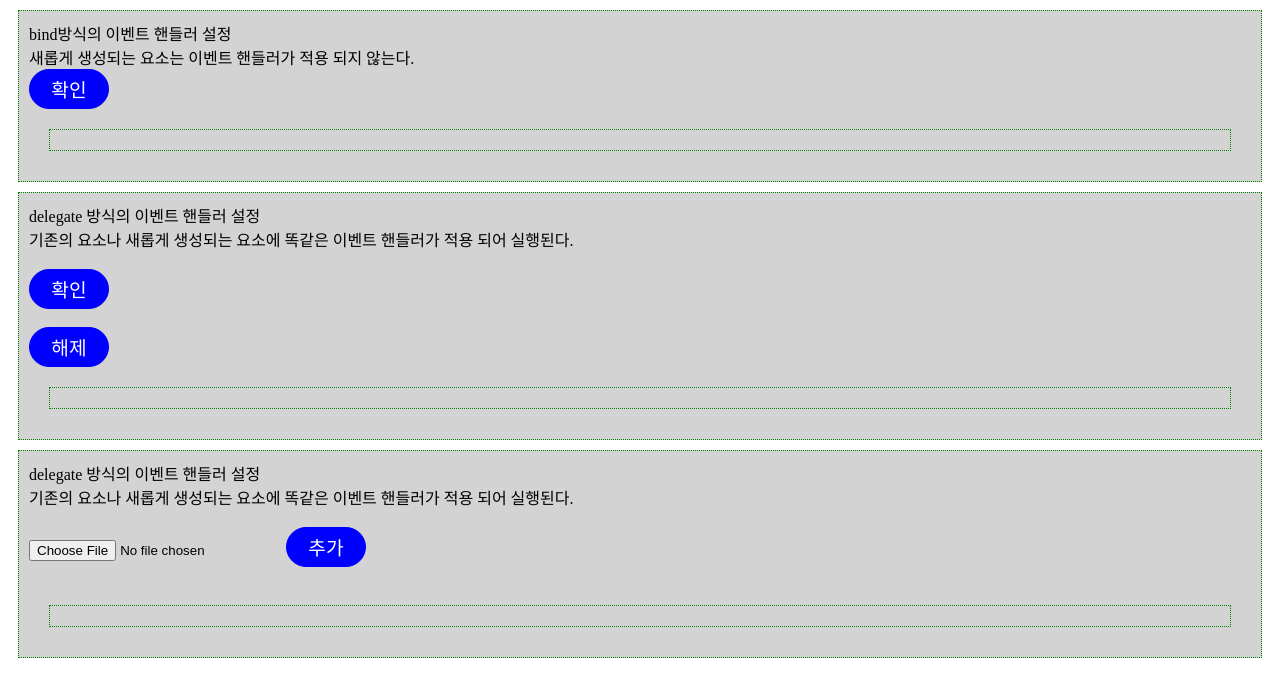
Repository: JJaeHwan/HTML
Page: jquerypro/WebContent/0116/이벤트메소드2.html
These files come from the project's save history. The page is drawn as it stood at one moment and after the next save; the edit follows.
The browser window is 1280 px wide. The pictures show the whole page.

Above is the page before, as saved 2023-01-16 07:14:24.

### jquerypro/WebContent/0116/이벤트메소드2.html
<!DOCTYPE html>
<html>
<head>
<meta charset="UTF-8">
<title>Insert title here</title>
<link rel="stylesheet" href="../css/public.css">
<script src="../js/jquery-3.6.3.min.js" type="text/javascript"></script>

<script type="text/javascript">
	$(function() {
		// bind 방식
		$('.btn1').on('click', function() {

			vnew = $('<input type="button" value="확인" class="btn1">');

			$(vnew).appendTo('#res1');

		})

		// delegate방식
		$(document).on('click', '.btn2', function() {

			vnew = $('<input type="button" value="확인" class="btn2">');

			$(vnew).appendTo('#res2');

		})

		// 해제 버튼
		$('#btn3').on('click', function() {
			$(document).off('click', 'btn2');
		})

		//추가버튼
		$('#btn4').on('click', function() {

			vfile = $('<input type="file" name="file">');
			vfile += $('<input type="button" value="삭제" class="del">')

		})


	})

</script>

</head>
<body>


<div class="box">
	bind방식의 이벤트 핸들러 설정<br>
	새롭게 생성되는 요소는 이벤트 핸들러가 적용 되지 않는다. <br>
	<input type="button" value="확인" class="btn1">
	<br>

	<div id="res1"></div>
</div>

<div class="box">
	delegate 방식의 이벤트 핸들러 설정<br>
	기존의 요소나 새롭게 생성되는 요소에 똑같은 이벤트 핸들러가 적용 되어 실행된다.<br><br>
	<input type="button" value="확인" class="btn2">
	<br><br>
	<input type="button" value="해제" id="btn3">


	<div id="res2"></div>
</div>

<div class="box">
	delegate 방식의 이벤트 핸들러 설정<br>
	기존의 요소나 새롭게 생성되는 요소에 똑같은 이벤트 핸들러가 적용 되어 실행된다.<br><br>
	<input type="file" name="file">
	<input type="button" value="추가" class="btn4">
	<br><br>
	<div id="res3"></div>
</div>
</body>
</html>

### jquerypro/WebContent/css/public.css
@charset "UTF-8";

pre{

	font-size: 1.5em;
	border: 5px double blue;
	border-left : none;
	border-right: none;
	padding: 10px;
	background-color: skyblue;

}

  .box{
  	margin: 10px;
  	padding: 10px;
  	border: 1px dotted green;
  	background-color: lightgray;

  }
  .box div{
  	/* height: 100px; */
  	padding: 10px;
  	margin: 20px;
  	border: 1px dotted green;
  }
  input[type=button]{
  	width: 80px;
  	height: 40px;
  	background: blue;
  	color: white;
  	font-size: 1.2em;
  	border-radius: 20px;
  	border : 1px solid blue;
  }

Loaded but not shown: jquerypro/WebContent/js/jquery-3.6.3.min.js (library)

After the next save:
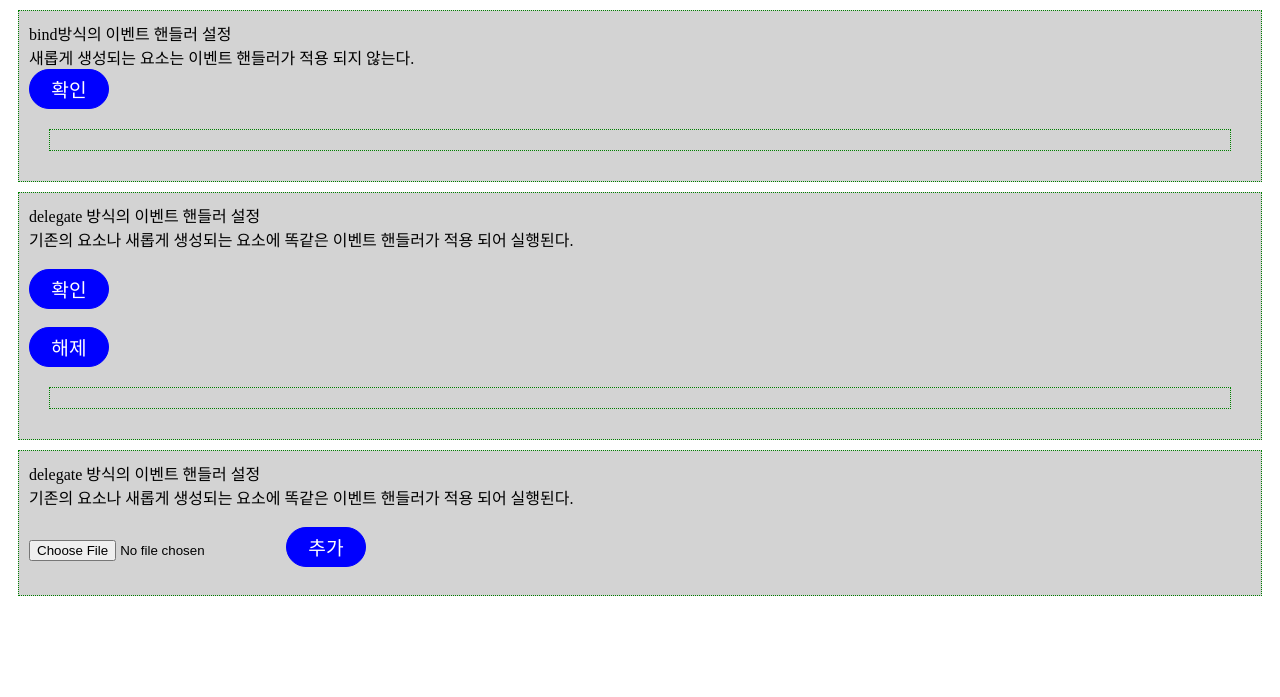
Saved 71 s later.
--- a/jquerypro/WebContent/0116/이벤트메소드2.html
+++ b/jquerypro/WebContent/0116/이벤트메소드2.html
@@ -35,7 +35,8 @@
 		$('#btn4').on('click', function() {
 
 			vfile = $('<input type="file" name="file">');
-			vfile += $('<input type="button" value="삭제" class="del">')
+			vfile += $('<input type="button" value="삭제" class="del">');
+
 
 		})
 
@@ -74,7 +75,7 @@
 	<input type="file" name="file">
 	<input type="button" value="추가" class="btn4">
 	<br><br>
-	<div id="res3"></div>
+
 </div>
 </body>
 </html>
